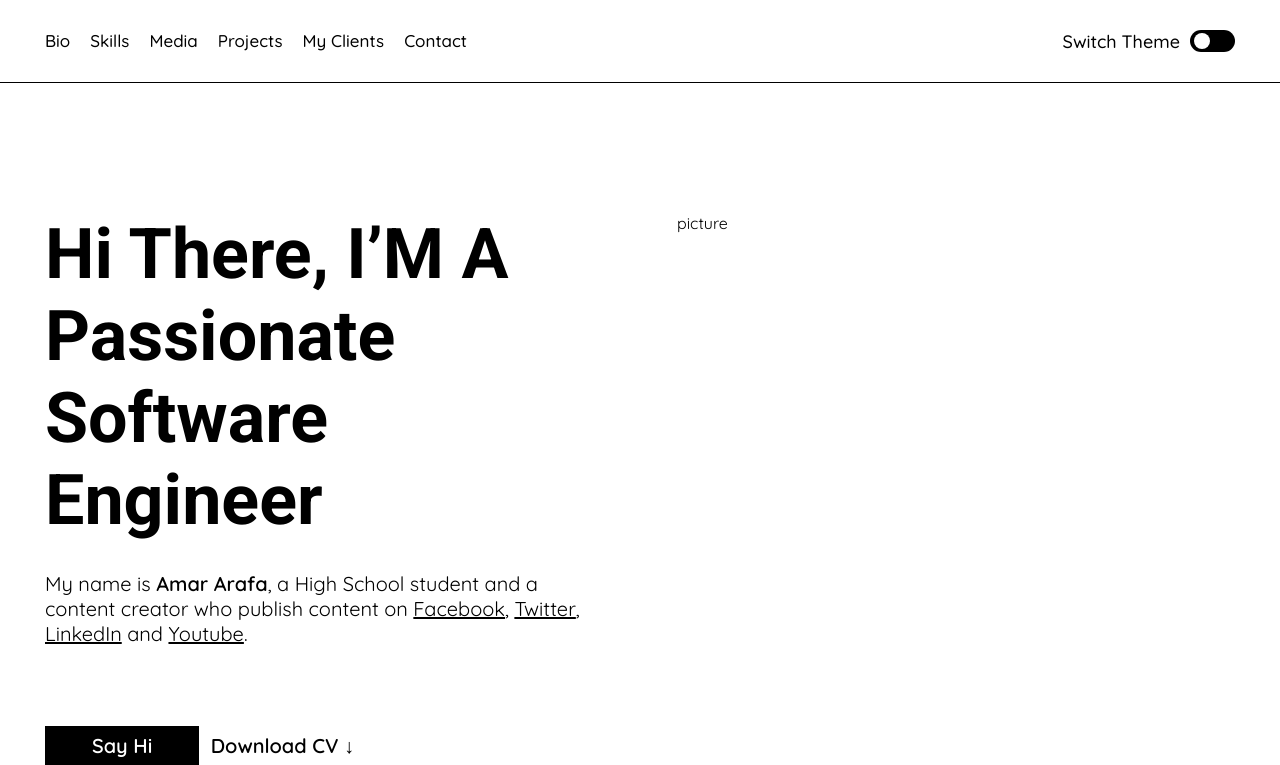
Repository: benarafa1/personal-website
Page: index.html
The author's editor kept a copy of each file at every save. The page is drawn from the files as they stood at one save, then again after the next save.
The browser window is 1280 px wide. The pictures show the whole page.

Above is the page before, as saved 2025-04-12 07:57:02.

### index.html
<!DOCTYPE html>
<html lang="en">
  <head>
    <meta charset="UTF-8" />
    <meta name="viewport" content="width=device-width, initial-scale=1.0" />
    <link rel="preconnect" href="https://fonts.googleapis.com" />
    <link rel="preconnect" href="https://fonts.gstatic.com" crossorigin />
    <link rel="preconnect" href="https://fonts.googleapis.com" />
    <link rel="preconnect" href="https://fonts.gstatic.com" crossorigin />
    <link
      href="https://fonts.googleapis.com/css2?family=Quicksand:wght@300..700&family=Roboto:ital,wght@0,100;0,300;0,400;0,500;0,700;0,900;1,100;1,300;1,400;1,500;1,700;1,900&display=swap"
      rel="stylesheet"
    />

    <link rel="stylesheet" href="style.css" />
    <title>Amar Arafa</title>
  </head>

  <body>
    <div class="container">
      <header class="header">
        <nav class="navigation">
          <ul class="navigation__list">
            <li><a class="navigation__link" href="#">Bio</a></li>
            <li><a class="navigation__link" href="#">Skills</a></li>
            <li><a class="navigation__link" href="#">Media</a></li>
            <li><a class="navigation__link" href="#">Projects</a></li>
            <li><a class="navigation__link" href="#">My Clients</a></li>
            <li><a class="navigation__link" href="#">Contact</a></li>
          </ul>
        </nav>
        <div class="toggle">
          <h3 class="toggle__title">Switch Theme</h3>
          <input
            type="checkbox"
            name="toggle__checkbox"
            id="checkbox"
            class="toggle__checkbox"
          />
          <label for="checkbox" class="toggle__label"></label>
        </div>
      </header>
      <section class="bio section">
        <div class="bio__data-part">
          <h1 class="bio__heading">
            Hi There, I’M A Passionate Software Engineer
          </h1>
          <p class="bio__objective">
            My name is <span class="bio__name">Amar Arafa</span>, a High School
            student and a content creator who publish content on
            <a href="#" class="bio__Facebook">Facebook</a>,
            <a href="#" class="bio__Twitter">Twitter</a>,
            <a href="#" class="bio__LinkedIn">LinkedIn</a> and
            <a href="#" class="bio__Youtube">Youtube</a>.
          </p>
          <a href="#" class="bio__links say-hi-link">Say Hi</a>
          <a href="#" class="bio__links download-cv-link"
            >Download CV <span class="bio__arrow">↓</span></a
          >
        </div>
        <div class="bio__pic-part">picture</div>
      </section>
    </div>
  </body>
</html>

### style.css
:root {
  --container-width: 119rem;
  --gutter: 2rem;
  --color-black: #000;
  --color-white: #fff;
  --color-blue: #2374e1;
  --color-light-blue: #1d9bf0;
  --color-dark-blue: #0a66c2;
  --color-darker-blue: #143ce8;
  --color-red: #ff0000;
  --color-green: #03a696;
  --color-grey: #f6f6f6;
  --color-dark-green: #42959b;
  --color-background: var(--color-white);
  --color-text: var(--color-black);
  --color-box-img: var(--color-black);
  --color-link-bg: var(--color-black);
  --color-input-border: var(--color-black);
  --font-family-Roboto: "Roboto", sans-serif;
  --font-family-Quicksand: "Quicksand", sans-serif;
  --font-weight-regular: 400;
  --font-weight-medium: 500;
  --font-weight-semi-bold: 600;
  --font-weight-bold: 700;
  --font-size-70: 7rem;
  --font-size-65: 6.5rem;
  --font-size-40: 4rem;
  --font-size-38: 3.8rem;
  --font-size-24: 2.4rem;
  --font-size-22: 2.2rem;
  --font-size-20: 2rem;
  --font-size-18: 1.8rem;
  --font-size-15: 1.5rem;
  --transition-timing: 0.3s;
}

/* start CSS Reset */
*,
*::before,
*::after {
  box-sizing: border-box;
  margin: 0;
  padding: 0;
  font: inherit;
}

a {
  color: inherit;
  display: inline-block;
}

button {
  background-color: transparent;
  border: none;
  cursor: pointer;
}

ul,
ol {
  list-style: none;
}
/* end CSS Reset */

body {
  font-size: 1.6rem;
  font-family: var(--font-family-Quicksand);
}

html {
  font-size: 62.5%;
  scroll-behavior: smooth;
  scroll-padding-top: 11rem;
}

.container {
  margin: 0 auto;
  width: var(--container-width);
}

.navigation__list {
  display: flex;
  gap: 2rem;
}
.navigation__link:link,
.navigation__link:visited {
  font-weight: var(--font-weight-medium);
  text-decoration: none;
  font-size: 1.7rem;
}

.navigation__link:hover,
.navigation__link:active {
  text-decoration: underline;
}

.header {
  position: relative;
  padding: 3rem 0;
  display: flex;
  justify-content: center;
}
.header::before {
  content: "";
  position: absolute;
  height: 100%;
  width: 100vw;
  top: 0;
  z-index: -1;
  border-bottom: 0.1rem solid var(--color-input-border);
}

/* toggle start */
.toggle {
  display: flex;
  gap: 1rem;
  margin-left: auto;
}
.toggle__title {
  font-weight: var(--font-weight-medium);
  font-size: var(--font-size-18);
}
.toggle__checkbox {
  display: none;
}

.toggle__label {
  display: block;
  width: 4.5rem;
  height: 2.2rem;
  border-radius: 1.5rem;
  background-color: var(--color-black);
  cursor: pointer;
  padding: 0.3rem 0.4rem;
  transition: var(--transition-timing);
}

.toggle__label::before {
  content: "";
  display: block;
  width: 1.6rem;
  height: 1.6rem;
  border-radius: 50%;
  background-color: var(--color-white);
  transition: var(--transition-timing);
}

.toggle__checkbox:checked + .toggle__label {
  background-color: var(--color-white);
}
.toggle__checkbox:checked + .toggle__label::before {
  background-color: var(--color-black);
  transform: translateX(2.1rem);
}
/* toggle end */
.section {
  display: grid;
  align-items: start;
}
/* bio component start */
.bio {
  margin-top: 13rem;
  grid-template-columns: repeat(2, 1fr);
  gap: 7.4rem;
}

.bio__heading {
  font-family: var(--font-family-Roboto);
  font-size: var(--font-size-70);
  font-weight: var(--font-weight-bold);
}
.bio__objective {
  font-weight: var(--font-weight-regular);
  font-size: var(--font-size-20);
  margin: 3rem 0 8rem;
}
.bio__name {
  font-weight: var(--font-weight-semi-bold);
}
.bio__almdrasa {
  color: var(--color-green);
}
.bio__facebook {
  color: var(--color-blue);
}
.bio__twitter {
  color: var(--color-light-blue);
}
.bio__linkedin {
  color: var(--color-dark-blue);
}
.bio__youtube {
  color: var(--color-red);
}
.bio__links {
  font-size: var(--font-size-20);
  font-weight: var(--font-weight-semi-bold);
  text-decoration: none;
}
.say-hi-link {
  padding: 0.7rem 4.7rem;
  background-color: var(--color-black);
  color: var(--color-white);
}
.download-cv-link {
  margin-inline-start: 0.7rem;
}
/* bio component end */

After the next save:
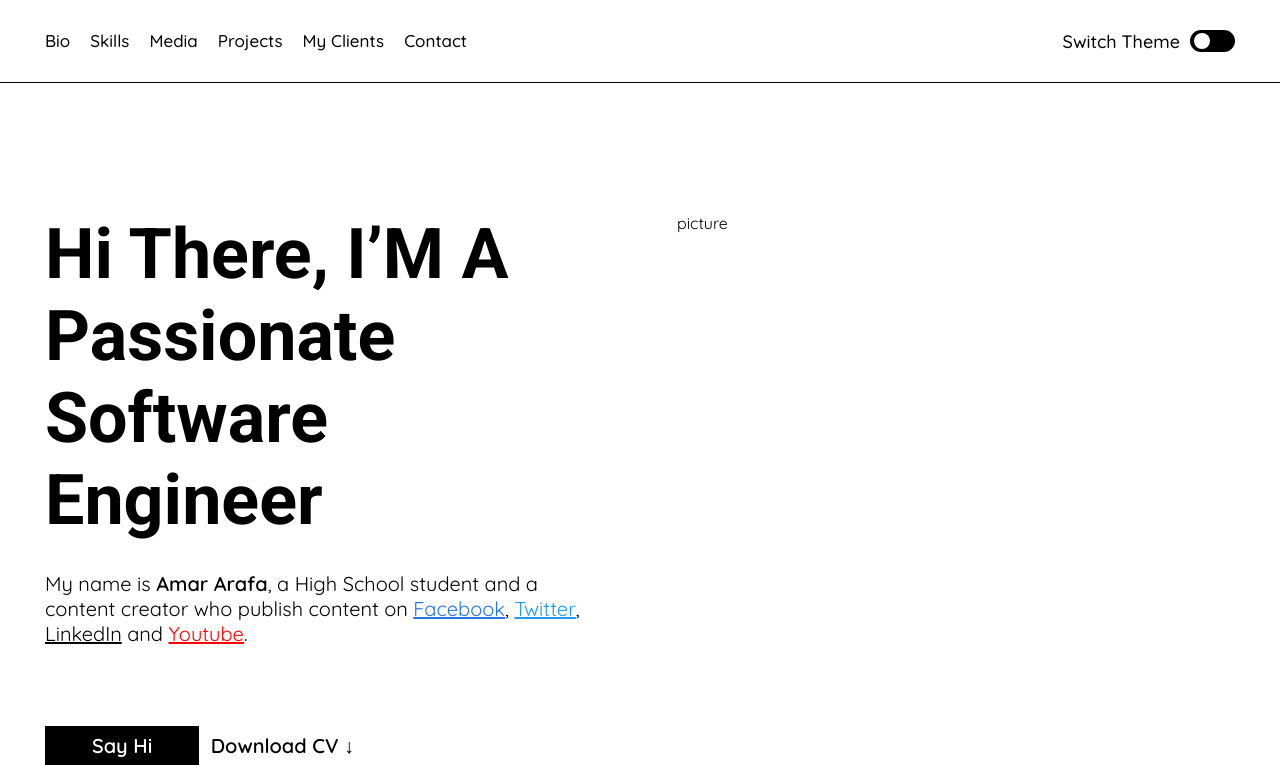
Saved 52 s later.
--- a/style.css
+++ b/style.css
@@ -176,19 +176,16 @@ html {
 .bio__name {
   font-weight: var(--font-weight-semi-bold);
 }
-.bio__almdrasa {
-  color: var(--color-green);
-}
-.bio__facebook {
+.bio__Facebook {
   color: var(--color-blue);
 }
-.bio__twitter {
+.bio__Twitter {
   color: var(--color-light-blue);
 }
-.bio__linkedin {
+.bio__Linkedin {
   color: var(--color-dark-blue);
 }
-.bio__youtube {
+.bio__Youtube {
   color: var(--color-red);
 }
 .bio__links {
